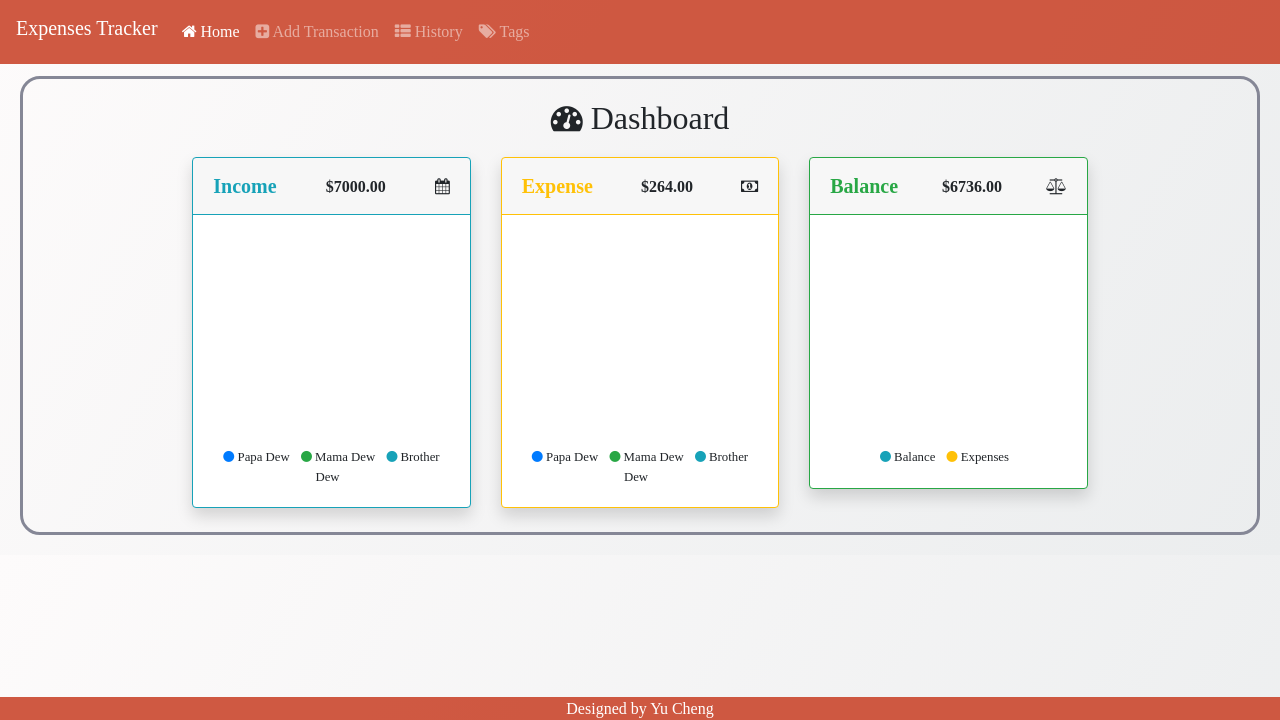
Repository: yucheng91/CI3-expenses-manager
Page: http://localhost/home
The author's editor kept a record of every edit. The page is drawn from the files as they stood at one moment, then again after the next edit.
The browser window is 1280 px wide. The pictures show the whole page.
Some web fonts or font styles are not loaded; a fallback is used. Some web libraries are served in a nearby version. The page is served by the project's application, run on Flask 3 (app.py). The database holds what the project's SQL file puts in it.

Above is the page before.
Console error: ReferenceError: None is not defined

### templates/index.html
<!doctype html>
<html lang="en">

<head>
    <!-- Required meta tags -->
    <meta charset="utf-8">
    <meta name="viewport" content="width=device-width, initial-scale=1, shrink-to-fit=no">

    <!-- Bootstrap CSS -->
    <link rel="stylesheet" href="https://cdnjs.cloudflare.com/ajax/libs/font-awesome/4.7.0/css/font-awesome.css">
    <link rel="stylesheet" href="https://stackpath.bootstrapcdn.com/bootstrap/4.3.1/css/bootstrap.min.css" integrity="sha384-ggOyR0iXCbMQv3Xipma34MD+dH/1fQ784/j6cY/iJTQUOhcWr7x9JvoRxT2MZw1T" crossorigin="anonymous">
    <link rel="stylesheet" href="{{ url_for('static', filename='css/style.css') }}">
    <link rel='shortcut icon' href="{{ url_for('static', filename='favicon_io/favicon.ico') }}" type='image/x-icon' />
    <link href="https://fonts.googleapis.com/css?family=Gaegu&display=swap" rel="stylesheet">

    <title>Hello, world!</title>
</head>

<body>
    <!--nav bar-->
    <nav class="navbar navbar-expand-sm navbar-dark fixed-top">
    <h1 class="navbar-brand">Expenses Tracker</h1>
  <button class="navbar-toggler" type="button" data-toggle="collapse" data-target="#navbarNav" aria-controls="navbarNav" aria-expanded="false" aria-label="Toggle navigation">
    <span class="navbar-toggler-icon"></span>
  </button>
  <div class="collapse navbar-collapse" id="navbarNav">
    <ul class="navbar-nav">
      <li class="nav-item active">
        <a class="nav-link" href="{{ url_for('home') }}"><i class="fa fa-home" aria-hidden="true"></i> Home</a>
      </li>
      <li class="nav-item">
        <a class="nav-link" href="{{ url_for('addtransaction') }}"><i class="fa fa-plus-square" aria-hidden="true"></i> Add Transaction</a>
      </li>
      <li class="nav-item">
        <a class="nav-link" href="{{ url_for('viewall') }}"><i class="fa fa-th-list" aria-hidden="true"></i> History</a>
      </li>
      <li class="nav-item">
        <a class="nav-link" href="{{ url_for('tags') }}"><i class="fa fa-tags" aria-hidden="true"></i> Tags</a>
      </li>
    </ul>
  </div>
    </nav>
    <!--end nav-->

<div id="content">
        <div class="container-fluid">
          <div class="row">
            <div class="col">
          <div class="text-center header">
            <h1 class="h2 mb-0"><i class="fa fa-tachometer" aria-hidden="true"></i> Dashboard</h1>
          </div>
          </div>
          </div>
        <div class="row">
            <!-- Pie Chart -->
            <div class="col"></div>
            <div class="col-xl-3 col-lg-3">
              <div class="card shadow border-info mb-4">
                <!-- Card Header - Dropdown -->
                <div class="card-header border-info py-3 d-flex flex-row align-items-center justify-content-between">
                  <h5 class="m-0 font-weight-bold text-info">Income</h5>
                  <div class="h6 mb-0 font-weight-bold text-gray-800">${{totaldebit['totaldebit']}}</div>
                      <i class="fa fa-calendar text-gray-300"></i>
                </div>
                <!-- Card Body -->
                <div class="card-body">
                  <div class="chart-pie pt-4 pb-2">
                    <canvas id="myChart"></canvas>
                  </div>
                  <div class="mt-4 text-center small">
                    <span class="mr-2">
                      <i class="fa fa-circle text-primary"></i> {{name1['name1']}}
                    </span>
                    <span class="mr-2">
                      <i class="fa fa-circle text-success"></i> {{name2['name2']}}
                    </span>
                    <span class="mr-2">
                      <i class="fa fa-circle text-info"></i> {{name3['name3']}}
                    </span>
                  </div>
                </div>
              </div>
            </div>

            <!-- Pie Chart -->
            <div class="col-xl-3 col-lg-3">
              <div class="card shadow border-warning mb-4">
                <!-- Card Header - Dropdown -->
                <div class="card-header border-warning py-3 d-flex flex-row align-items-center justify-content-between">
                  <h5 class="m-0 font-weight-bold text-warning">Expense</h5>
                  <div class="h6 mb-0 font-weight-bold text-gray-800">${{totalcredit['totalcredit']}}</div>
                      <i class="fa fa-money text-gray-300"></i>
                </div>
                <!-- Card Body -->
                <div class="card-body">
                  <div class="chart-pie pt-4 pb-2">
                    <canvas id="myChart2"></canvas>
                  </div>
                  <div class="mt-4 text-center small">
                    <span class="mr-2">
                      <i class="fa fa-circle text-primary"></i> {{name1['name1']}}
                    </span>
                    <span class="mr-2">
                      <i class="fa fa-circle text-success"></i> {{name2['name2']}}
                    </span>
                    <span class="mr-2">
                      <i class="fa fa-circle text-info"></i> {{name3['name3']}}
                    </span>
                  </div>
                </div>
              </div>
            </div>
                        <!-- Pie Chart -->
            <div class="col-xl-3 col-lg-3">
              <div class="card shadow border-success mb-4">
                <!-- Card Header - Dropdown -->
                <div class="card-header border-success py-3 d-flex flex-row align-items-center justify-content-between">
                  <h5 class="m-0 font-weight-bold text-success">Balance</h5>
                  <div class="h6 mb-0 font-weight-bold text-gray-800">${{balance['balance']}}</div>
                      <i class="fa fa-balance-scale text-gray-300"></i>
                </div>
                <!-- Card Body -->
                <div class="card-body">
                  <div class="chart-pie pt-4 pb-2">
                    <canvas id="myChart3"></canvas>
                  </div>
                  <div class="mt-4 text-center small">
                    <span class="mr-2">
                      <i class="fa fa-circle text-info"></i> Balance
                    </span>
                    <span class="mr-2">
                      <i class="fa fa-circle text-warning"></i> Expenses
                    </span>
                  </div>
                </div>
              </div>
            </div>
            <div class="col"></div>
          </div>
        </div>
      </div>
  <footer>
    <p>Designed by Yu Cheng</p>
  </footer>

    <script src="https://cdn.jsdelivr.net/npm/chart.js@2.8.0"></script>
    <script src="https://code.jquery.com/jquery-3.3.1.slim.min.js" integrity="sha384-q8i/X+965DzO0rT7abK41JStQIAqVgRVzpbzo5smXKp4YfRvH+8abtTE1Pi6jizo" crossorigin="anonymous"></script>
    <script src="https://cdnjs.cloudflare.com/ajax/libs/popper.js/1.14.7/umd/popper.min.js" integrity="sha384-UO2eT0CpHqdSJQ6hJty5KVphtPhzWj9WO1clHTMGa3JDZwrnQq4sF86dIHNDz0W1" crossorigin="anonymous"></script>
    <script src="https://stackpath.bootstrapcdn.com/bootstrap/4.3.1/js/bootstrap.min.js" integrity="sha384-JjSmVgyd0p3pXB1rRibZUAYoIIy6OrQ6VrjIEaFf/nJGzIxFDsf4x0xIM+B07jRM" crossorigin="anonymous"></script>
        <script>
        var ctx = document.getElementById('myChart');
        var myChart = new Chart(ctx, {
              type: 'doughnut',
              data: {
                labels: ["{{name1['name1']}}", "{{name2['name2']}}","{{name3['name3']}}"],
                datasets: [{
                  data: [{{debit1['debit1']}}, {{debit2['debit2']}}, {{debit3['debit3']}}],
                  backgroundColor: ['#4e73df', '#1cc88a', '#36b9cc'],
                  hoverBackgroundColor: ['#2e59d9', '#17a673', '#2c9faf'],
                  hoverBorderColor: "rgba(234, 236, 244, 1)",
                }],
              },
              options: {
                maintainAspectRatio: false,
                tooltips: {
                  backgroundColor: "rgb(255,255,255)",
                  bodyFontColor: "#858796",
                  borderColor: '#dddfeb',
                  borderWidth: 1,
                  xPadding: 15,
                  yPadding: 15,
                  displayColors: false,
                  caretPadding: 10,
                },
                legend: {
                  display: false
                },
                cutoutPercentage: 80,
              },
            });

        var ctx = document.getElementById('myChart2');
        var myChart = new Chart(ctx, {
              type: 'doughnut',
              data: {
                labels: ["{{name1['name1']}}", "{{name2['name2']}}","{{name3['name3']}}"],
                datasets: [{
                  data: [{{credit1['credit1']}}, {{credit2['credit2']}}, {{credit3['credit3']}}],
                  backgroundColor: ['#4e73df', '#1cc88a', '#36b9cc'],
                  hoverBackgroundColor: ['#2e59d9', '#17a673', '#2c9faf'],
                  hoverBorderColor: "rgba(234, 236, 244, 1)",
                }],
              },
              options: {
                maintainAspectRatio: false,
                tooltips: {
                  backgroundColor: "rgb(255,255,255)",
                  bodyFontColor: "#858796",
                  borderColor: '#dddfeb',
                  borderWidth: 1,
                  xPadding: 15,
                  yPadding: 15,
                  displayColors: false,
                  caretPadding: 10,
                },
                legend: {
                  display: false
                },
                cutoutPercentage: 80,
              },
            });

        var ctx = document.getElementById('myChart3');
        var myChart = new Chart(ctx, {
              type: 'doughnut',
              data: {
                labels: ["Expenses", "Balance"],
                datasets: [{
                  data: [{{totalcredit['totalcredit']}}, {{balance['balance']}}],
                  backgroundColor: ['#f6c23e', '#36b9cc'],
                  hoverBackgroundColor: ['#e0b036', '#2c9faf'],
                  hoverBorderColor: "rgba(234, 236, 244, 1)",
                }],
              },
              options: {
                maintainAspectRatio: false,
                tooltips: {
                  backgroundColor: "rgb(255,255,255)",
                  bodyFontColor: "#858796",
                  borderColor: '#dddfeb',
                  borderWidth: 1,
                  xPadding: 15,
                  yPadding: 15,
                  displayColors: false,
                  caretPadding: 10,
                },
                legend: {
                  display: false
                },
                cutoutPercentage: 80,
              },
            });
    </script>
</body>

</html>

### app.py
from flask import Flask, render_template, request, redirect, url_for
import os
import pymysql

connection = pymysql.connect(
    host='localhost', # IP address of the database; localhost means "the local machine"
    user="yucheng91",  #the mysql user
    password="coconuty", #the password for the user
    database="expenses" #the name of database we want to use
)

#if PHP doesn't show, perform $ sudo apt-get install --reinstall libapache2-mod-php7.2

app = Flask(__name__)

@app.route('/home')
def home():
    cursor = connection.cursor(pymysql.cursors.DictCursor)
    sql = "SELECT SUM(debit) AS totaldebit FROM transaction"
    cursor.execute(sql)
    totaldebit = cursor.fetchone()

    sql = "SELECT SUM(credit) AS totalcredit FROM transaction"
    cursor.execute(sql)
    totalcredit = cursor.fetchone()

    sql = "SELECT (SELECT SUM(debit) AS sumdebit FROM transaction) - (SELECT SUM(credit) AS sumcredit FROM transaction) AS balance FROM transaction"
    cursor.execute(sql)
    balance = cursor.fetchone()

    cursor = connection.cursor(pymysql.cursors.DictCursor)
    sql = "SELECT aname AS name1 FROM account WHERE id = 1"
    cursor.execute(sql)
    name1 = cursor.fetchone()

    cursor = connection.cursor(pymysql.cursors.DictCursor)
    sql = "SELECT aname AS name2 FROM account WHERE id = 2"
    cursor.execute(sql)
    name2 = cursor.fetchone()

    cursor = connection.cursor(pymysql.cursors.DictCursor)
    sql = "SELECT aname AS name3 FROM account WHERE id = 3"
    cursor.execute(sql)
    name3 = cursor.fetchone()

    cursor = connection.cursor(pymysql.cursors.DictCursor)
    sql = "SELECT SUM(debit) AS debit1 FROM transaction WHERE accountid = 1"
    cursor.execute(sql)
    debit1 = cursor.fetchone()

    cursor = connection.cursor(pymysql.cursors.DictCursor)
    sql = "SELECT SUM(debit) AS debit2 FROM transaction WHERE accountid = 2"
    cursor.execute(sql)
    debit2 = cursor.fetchone()

    cursor = connection.cursor(pymysql.cursors.DictCursor)
    sql = "SELECT SUM(debit) AS debit3 FROM transaction WHERE accountid = 3"
    cursor.execute(sql)
    debit3 = cursor.fetchone()

    cursor = connection.cursor(pymysql.cursors.DictCursor)
    sql = "SELECT SUM(credit) AS credit1 FROM transaction WHERE accountid = 1"
    cursor.execute(sql)
    credit1 = cursor.fetchone()

    cursor = connection.cursor(pymysql.cursors.DictCursor)
    sql = "SELECT SUM(credit) AS credit2 FROM transaction WHERE accountid = 2"
    cursor.execute(sql)
    credit2 = cursor.fetchone()

    cursor = connection.cursor(pymysql.cursors.DictCursor)
    sql = "SELECT SUM(credit) AS credit3 FROM transaction WHERE accountid = 3"
    cursor.execute(sql)
    credit3 = cursor.fetchone()

    return render_template('index.html',totaldebit = totaldebit, totalcredit = totalcredit,balance=balance,debit1 = debit1,debit2 = debit2,debit3 = debit3,credit1=credit1,credit2=credit2,credit3=credit3, name1=name1, name2=name2, name3=name3)

@app.route('/view-all')
def viewall():
    cursor = connection.cursor(pymysql.cursors.DictCursor)
    sql = "SELECT * FROM transaction JOIN categories ON transaction.categoriesid = categories.id JOIN mode ON transaction.modeid = mode.id JOIN account on transaction.accountid = account.id ORDER BY transaction.id"
    cursor.execute(sql)
    results = []
    for r in cursor:
         results.append(r)

    return render_template('transaction_overview.html', data=results)

@app.route('/new-transaction/', methods=["GET"])
def addtransaction():

    cursor = connection.cursor(pymysql.cursors.DictCursor)
    sql = "SELECT * FROM mode"
    # fetch all genres and store it in a list
    cursor.execute(sql)
    mode = []
    for r in cursor:
        mode.append({
            'id' : r['id'],
            'name': r['mname']
        })

    # fetch all media type and store it in a list
    sql = "SELECT * FROM categories"
    cursor.execute(sql)
    categories = []
    for r in cursor:
        categories.append({
            'id':r['id'],
            'name': r['cname']
        })

    # fetch all media type and store it in a list
    sql = "SELECT * FROM account"
    cursor.execute(sql)
    account = []
    for r in cursor:
        account.append({
            'id':r['id'],
            'name': r['aname']
        })

    sql = "SELECT * FROM tag"
    cursor.execute(sql)
    tag = []
    for r in cursor:
        tag.append({
            'id':r['id'],
            'name': r['tname']
        })

    return render_template('new_transaction.html', mode=mode, categories=categories, account=account, tag=tag)

@app.route('/new-transaction/', methods=["POST"])
def process_addtransaction():
    transaction_name = request.form.get("transaction")
    category_name = request.form.get("category")
    mode_name = request.form.get("mode")
    by_name = request.form.get("by")

    debit_name = request.form.get("debit")
    if debit_name == "":
        debit_name = 0

    credit_name = request.form.get("credit")
    if credit_name == "":
        credit_name = 0

    cursor = connection.cursor(pymysql.cursors.DictCursor)

    sql = "INSERT INTO transaction (description,categoriesid,modeid,accountid,debit,credit) VALUE (%s,%s,%s,%s,%s,%s)"
    cursor.execute(sql,[transaction_name,category_name,mode_name,by_name,debit_name,credit_name])

    transactionid = cursor.lastrowid
    tagid = request.form.getlist("tag")
    for t in tagid:
        sql = "INSERT INTO transactiontag (transactionid,tagid) VALUE (%s,%s)"
        cursor.execute(sql,[transactionid,t])

    connection.commit()
    return redirect(url_for('viewall'))

# Edit transaction
@app.route('/view-all/edit/<id>')
def edit_transaction(id):

    cursor = connection.cursor(pymysql.cursors.DictCursor)
    sql = "SELECT * FROM transaction WHERE id = {}".format(id)
    cursor.execute(sql)
    transaction = cursor.fetchone()

    sql = "DELETE FROM transactiontag WHERE transactiontag.transactionid = {}".format(id)
    cursor.execute(sql)

    sql = "SELECT * FROM mode"
    cursor.execute(sql)
    mode = []
    for r in cursor:
        mode.append({
            'id' : r['id'],
            'name': r['mname']
        })

    sql = "SELECT * FROM categories"
    cursor.execute(sql)
    categories = []
    for r in cursor:
        categories.append({
            'id':r['id'],
            'name': r['cname']
        })

    sql = "SELECT * FROM account"
    cursor.execute(sql)
    account = []
    for r in cursor:
        account.append({
            'id':r['id'],
            'name': r['aname']
        })

    sql = "SELECT * FROM tag"
    cursor.execute(sql)
    tag = []
    for r in cursor:
        tag.append({
            'id':r['id'],
            'name': r['tname']
        })

    return render_template('edit_transaction.html', transaction = transaction, mode=mode, categories=categories, account=account, tag=tag)

@app.route('/view-all/edit/<id>', methods=['POST'])
def update_transaction(id):
    transaction_name = request.form.get("transaction")
    category_name = request.form.get("category")
    mode_name = request.form.get("mode")
    by_name = request.form.get("by")

    debit_name = request.form.get("debit")
    if debit_name == "":
        debit_name = 0

    credit_name = request.form.get("credit")
    if credit_name == "":
        credit_name = 0

    cursor = connection.cursor(pymysql.cursors.DictCursor)

    cursor.execute("UPDATE transaction SET description = '{}',categoriesid = '{}',modeid = '{}',accountid = '{}',debit = '{}',credit = '{}' WHERE id = {}".format(transaction_name,category_name,mode_name,by_name,debit_name,credit_name,id))

    tagid = request.form.getlist("tag")
    for t in tagid:
        sql = "INSERT INTO transactiontag (transactionid,tagid) VALUE (%s,%s)"
        cursor.execute(sql,[id,t])

    connection.commit()
    return redirect(url_for('viewall'))

@app.route('/view-all/delete/<id>')
def confirm_delete_transaction(id):
    cursor = connection.cursor(pymysql.cursors.DictCursor)
    sql = "SELECT * FROM transaction JOIN categories ON transaction.categoriesid = categories.id JOIN mode ON transaction.modeid = mode.id JOIN account on transaction.accountid = account.id WHERE transaction.id = {}".format(id)
    cursor.execute(sql)
    transaction = cursor.fetchone()

    return render_template('delete_transaction.html', transaction = transaction)

@app.route('/view-all/delete/<id>', methods=['POST'])
def delete_transaction(id):
    cursor = connection.cursor(pymysql.cursors.DictCursor)
    sql = "DELETE FROM transactiontag WHERE transactiontag.transactionid = {}".format(id)
    cursor.execute(sql)

    sql = "DELETE FROM transaction WHERE transaction.id = {}".format(id)
    cursor.execute(sql)

    connection.commit()
    return redirect(url_for('viewall'))

@app.route('/tags',methods=['GET'])
def tags():
    cursor = connection.cursor(pymysql.cursors.DictCursor)

    sql = "SELECT * FROM tag"
    cursor.execute(sql)
    tag = []
    for r in cursor:
        tag.append({
            'id':r['id'],
            'name': r['tname']
        })

    tagid = request.args.get('tag')
    if tagid == None:
        tagid = 0

    sql = "SELECT * FROM tag JOIN transactiontag ON tag.id = transactiontag.tagid JOIN transaction ON transactiontag.transactionid = transaction.id JOIN categories ON categories.id = transaction.categoriesid JOIN mode ON mode.id = transaction.modeid JOIN account ON account.id = transaction.accountid WHERE tagid={}".format(tagid)
    cursor.execute(sql)
    results = []
    for r in cursor:
         results.append(r)

    sql ="SELECT * FROM tag WHERE id={}".format(tagid)
    cursor.execute(sql)
    currenttag = cursor.fetchone()

    return render_template('searchtags.html', tag=tag, data=results, currenttag = currenttag)

# "magic code" -- boilerplate
if __name__ == '__main__':
    app.run(host=os.environ.get('IP'),
            port=int(os.environ.get('PORT')),
            debug=True)

### static/css/style.css
body {
    /*background-image: url("../images/paper.jpg");*/
    background-image: linear-gradient(120deg, #fdfbfb 0%, #ebedee 100%);
    font-family: 'Gaegu', cursive;
}

nav {
    background-color: rgba(202, 72, 46, 0.9);
    color: white;
}

nav a {
    color: white;
    font-family: 'Gaegu', cursive;
    text-decoration: none;
}

footer {
    position: fixed;
    bottom: 0;
    width: 100%;
    padding: 0;
    height: 23px;
    text-align:center;
    background-color: rgba(202, 72, 46, 0.9);
    color: white;
    font-family: 'Gaegu', cursive;
}

img {
    width: 75%;
    margin-left: auto;
    margin-right: auto;
}

#content {
    /*padding-top:56px;*/
    border: 3px solid rgb(133,135,150);
    border-radius: 20px;
    margin: 76px 20px 20px 20px;
}

#content-v {
    /*padding-top:56px;*/
    border: 3px solid rgb(133,135,150);
    border-radius: 20px;
    margin: 76px 5px 5px 5px;
    overflow-x: auto;
}

.btn {
    margin: 3px;
}

.header {
    padding: 20px;
}

form {
    text-align:center;
}

.button {
    text-align:center;
}

.dialogue p {
    padding:5px;
    border:3px solid rgb(133,135,150);
    border-radius: 20px;
}

h4 {
    text-align:center;
}

@media (max-width: 851px) {

    .hidden {
        display: None;
    }

    body {
        font-size: 90%;
    }

    .btn {
        font-size: 90%;
        padding: 3px;
    }

    #content {
        padding-top: 56px;
        margin: 0;
        border: 0;
    }

    #content-v {
        padding-top: 56px;
        overflow-x: auto;
        margin: 0;
        border: 0;
    }

}

/*@media (max-width: 411px) {*/
/*    body {*/
/*        font-size: 90%;*/
/*    }*/
/*}*/

@media (max-width: 255px) {

    #content {
        padding-top: 96px;
    }

    body {
        font-size: 90%;
    }
}

### database.sql (the tables this page reads)
CREATE TABLE `account` (
  `id` int(3) NOT NULL AUTO_INCREMENT,
  `aname` varchar(55) NOT NULL,
  `description` text NOT NULL,
  `createdAt` timestamp NOT NULL DEFAULT CURRENT_TIMESTAMP ON UPDATE CURRENT_TIMESTAMP,
  PRIMARY KEY (`id`)
) ENGINE=InnoDB AUTO_INCREMENT=4 DEFAULT CHARSET=latin1;

INSERT INTO `account` VALUES (1,'Papa Dew','Father of Dew\'s Family','2019-08-02 04:35:32'),(2,'Mama Dew','Mother of Dew\'s Family','2019-08-02 04:56:52'),(3,'Brother Dew','Brother of Dew\'s Family','2019-08-02 04:56:30');

CREATE TABLE `transaction` (
  `id` int(11) NOT NULL AUTO_INCREMENT,
  `description` text CHARACTER SET utf8 NOT NULL,
  `debit` decimal(11,2) DEFAULT '0.00',
  `credit` decimal(11,2) DEFAULT '0.00',
  `createdAt` timestamp NOT NULL DEFAULT CURRENT_TIMESTAMP ON UPDATE CURRENT_TIMESTAMP,
  `accountid` int(11) NOT NULL,
  `categoriesid` int(11) NOT NULL,
  `modeid` int(11) NOT NULL,
  PRIMARY KEY (`id`),
  KEY `accountid` (`accountid`),
  KEY `categoriesid` (`categoriesid`),
  KEY `modeid` (`modeid`),
  CONSTRAINT `transaction_ibfk_1` FOREIGN KEY (`accountid`) REFERENCES `account` (`id`),
  CONSTRAINT `transaction_ibfk_2` FOREIGN KEY (`categoriesid`) REFERENCES `categories` (`id`),
  CONSTRAINT `transaction_ibfk_3` FOREIGN KEY (`modeid`) REFERENCES `mode` (`id`)
) ENGINE=InnoDB AUTO_INCREMENT=19 DEFAULT CHARSET=latin1;

INSERT INTO `transaction` VALUES (1,'Code Institute : Income of the month July 2019',3500.00,0.00,'2019-08-22 07:41:18',1,9,1),(2,'SIM HQ Income of the Month : July 2019',3500.00,0.00,'2019-08-05 04:13:11',2,9,5),(3,'Taxi Taxi',0.00,40.00,'2019-08-23 05:56:58',1,4,3),(13,'Lunch Money for Brother\'s Dew school',0.00,40.00,'2019-08-20 08:15:28',1,3,1),(14,'RWS Day trip',0.00,154.00,'2019-08-20 08:17:02',2,7,3),(15,'New backpack',0.00,0.00,'2019-08-26 07:39:22',1,1,1),(16,'Test tag 1',0.00,10.00,'2019-08-27 06:24:42',1,1,1),(17,'test tag 2',0.00,20.00,'2019-08-27 06:24:58',1,1,1),(18,'test 1 + 2 ',0.00,0.00,'2019-08-27 06:55:37',2,7,3);

After the next edit:
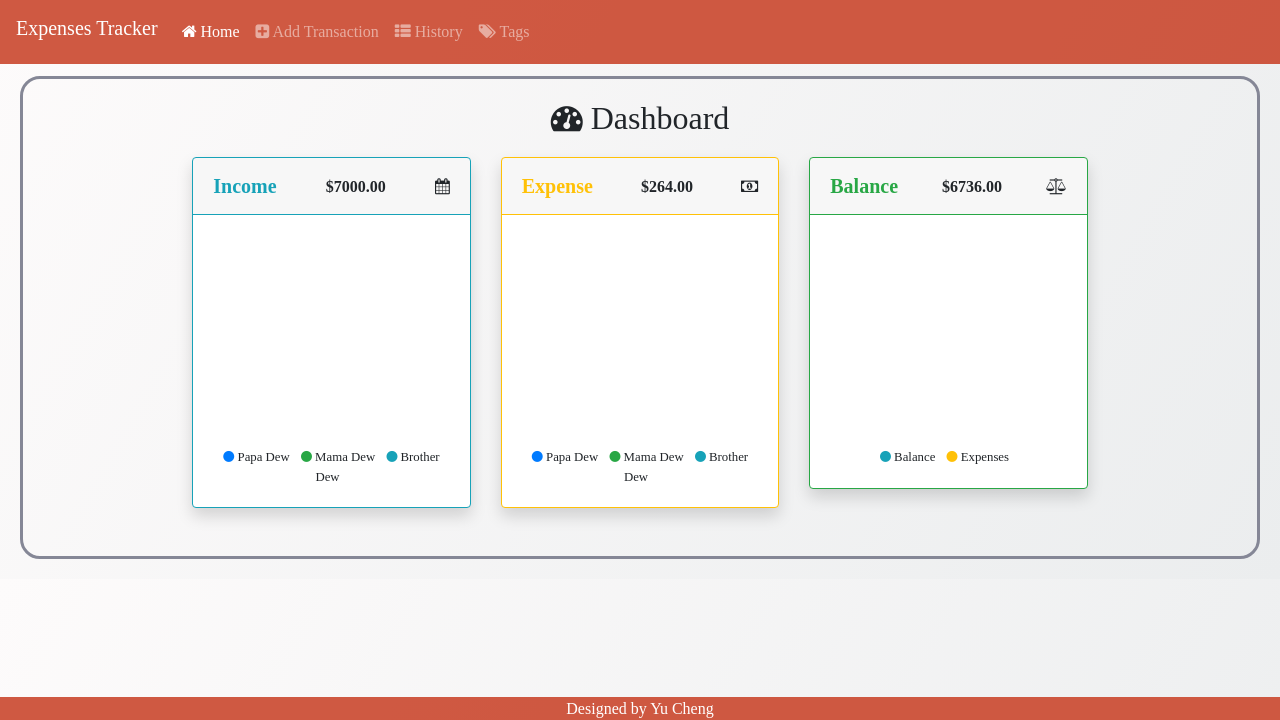
The edit:
--- a/static/css/style.css
+++ b/static/css/style.css
@@ -38,6 +38,7 @@
     border: 3px solid rgb(133,135,150);
     border-radius: 20px;
     margin: 76px 20px 20px 20px;
+    padding-bottom:24px;
 }
 
 #content-v {
